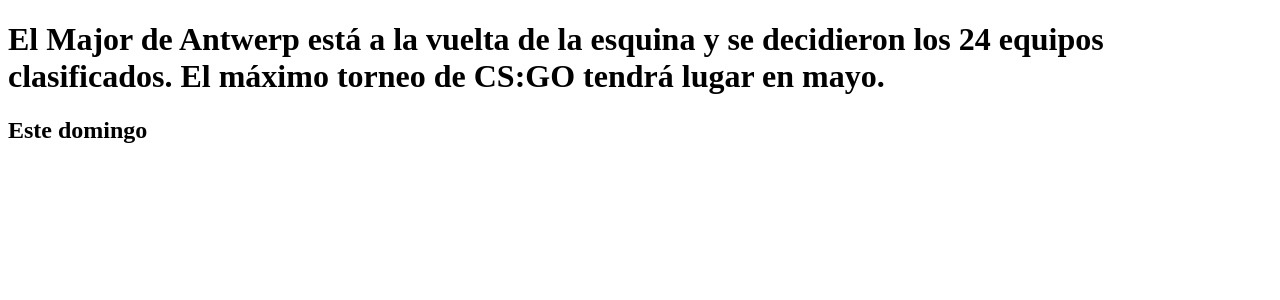
Repository: Larrowo/LPPA
Page: Clase 3/index.html
These files come from the project's save history. The page is drawn as it stood at one moment and after the next save; the edit follows.
The browser window is 1280 px wide. The pictures show the whole page.

Above is the page before, as saved 2022-04-26 13:36:00.

### Clase 3/index.html
<!DOCTYPE html>
<html lang="en">
  <head>
    <meta charset="UTF-8" />
    <meta http-equiv="X-UA-Compatible" content="IE=edge" />
    <meta name="viewport" content="width=device-width, initial-scale=1.0" />
    <title>Document</title>
  </head>

  <body>
    <main class="container">
      <div class="topPartNoticia">
        <div class="titulo">
          <h1>
            <strong
              >El Major de Antwerp está a la vuelta de la esquina y se
              decidieron los 24 equipos clasificados. El máximo torneo de CS:GO
              tendrá lugar en mayo.</strong
            >
          </h1>
        </div>
      </div>
      <div class="cuerpoNoticia">
        <h2>Este domingo</h2>
      </div>
    </main>
  </body>
</html>

After the next save:
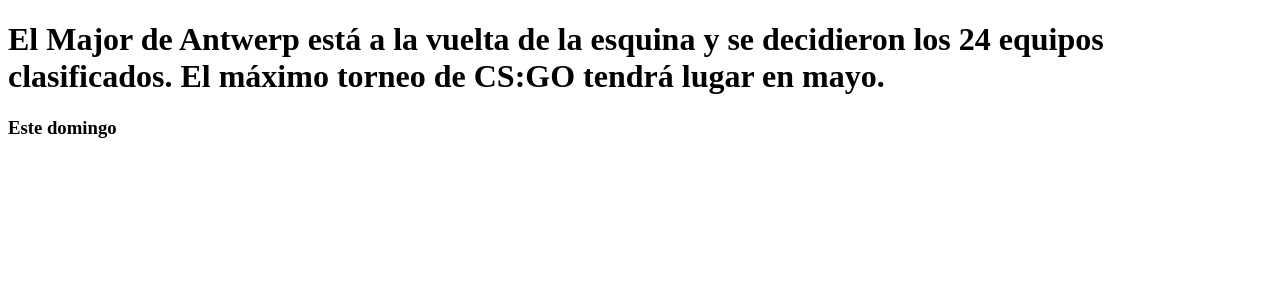
Saved 5 s later.
--- a/Clase 3/index.html
+++ b/Clase 3/index.html
@@ -21,7 +21,7 @@
         </div>
       </div>
       <div class="cuerpoNoticia">
-        <h2>Este domingo</h2>
+        <h3>Este domingo</h3>
       </div>
     </main>
   </body>
